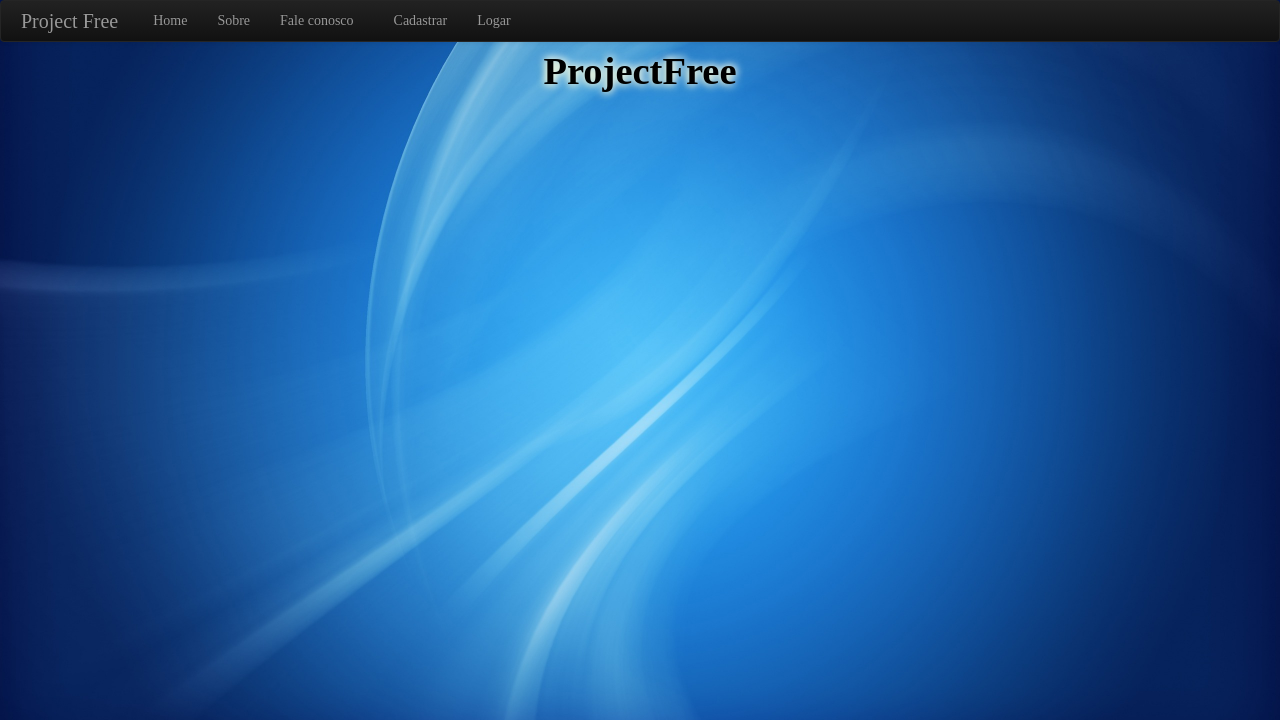
Repository: BrunoRB/ProjetoBanco
Page: http://localhost/templates/header.php
An editor plug-in stored every save of this project. The page is shown before and after the next save, followed by the edit.
The browser window is 1280 px wide. The pictures show the whole page.
The page is run by PHP 8.4 with error messages shown; the project is at /var/www/html/.

Above is the page before, as saved 2013-06-14 04:04:21.

### codigo/ProjectFree/templates/header.php
<!DOCTYPE HTML>

<html lang="pt-BR">
<head>
<meta charset='utf-8' />
<title>Project Free</title>

<meta name="viewport" content="width=device-width, initial-scale=1.0">
<link rel="stylesheet" type="text/css"
	href="../resources/css/bootstrap.css" />
<link rel="stylesheet" type="text/css"
	href="../resources/css/bootstrap-responsive.css" />
<link rel="stylesheet" type="text/css" href="../resources/css/main.css" />

<script type="text/javascript" src="../resources/js/jquery-2.0.2.js"></script>
<script type="text/javascript" src="../resources/js/bootstrap.js"></script>
</head>
<body>
	<header>
		<div class="pagination-centered">
			<h1 class="text-">ProjectFree</h1>
			<nav class="navbar-inverse">
				<div class="navbar navbar-fixed-top navbar-inner ">
					<a class="brand" href="index.php">Project Free</a>
					<ul class="nav">
						<li><a href="index.php">Home</a></li>
						<li><a href="sobre.php">Sobre</a></li>
						<li><a href="faleconosco.php">Fale conosco</a></li>
					</ul>
					<ul class="nav pagination-right">
						<li><a href="index.php">Cadastrar</a></li>
						<li><a href="sobre.php">Logar</a></li>
					</ul>
				</div>
			</nav>
		</div>
	</header>

### codigo/ProjectFree/resources/css/main.css

body {
    font-family: Times New Roman;
    background: url(../img/blue.jpg) no-repeat center center fixed;
    background-size: cover;
	margin: 4% !important;
}

h1 {
	color: #aaf;
    text-shadow: none;
    -webkit-transition: 500ms linear 0s;
    -moz-transition: 500ms linear 0s;
    -o-transition: 500ms linear 0s;
    transition: 500ms linear 0s;
    outline: 0 none;
    color: black;
    text-shadow: -1px 1px 8px #ffc, 1px -1px 8px #fff;

}

h1:hover, button:hover {
	color: white;
    text-shadow: -1px 1px 8px #ffc, 1px -1px 8px #fff;
}

.verticalCenter {
	margin-top: 10%;
}

footer.footer {
	margin-bottom: 1%;
}

#container {
	font-size: large;
}

Loaded but not shown: codigo/ProjectFree/resources/css/bootstrap.css (library); codigo/ProjectFree/resources/css/bootstrap-responsive.css (library); codigo/ProjectFree/resources/js/jquery-2.0.2.js (library); codigo/ProjectFree/resources/js/bootstrap.js (library)

After the next save:
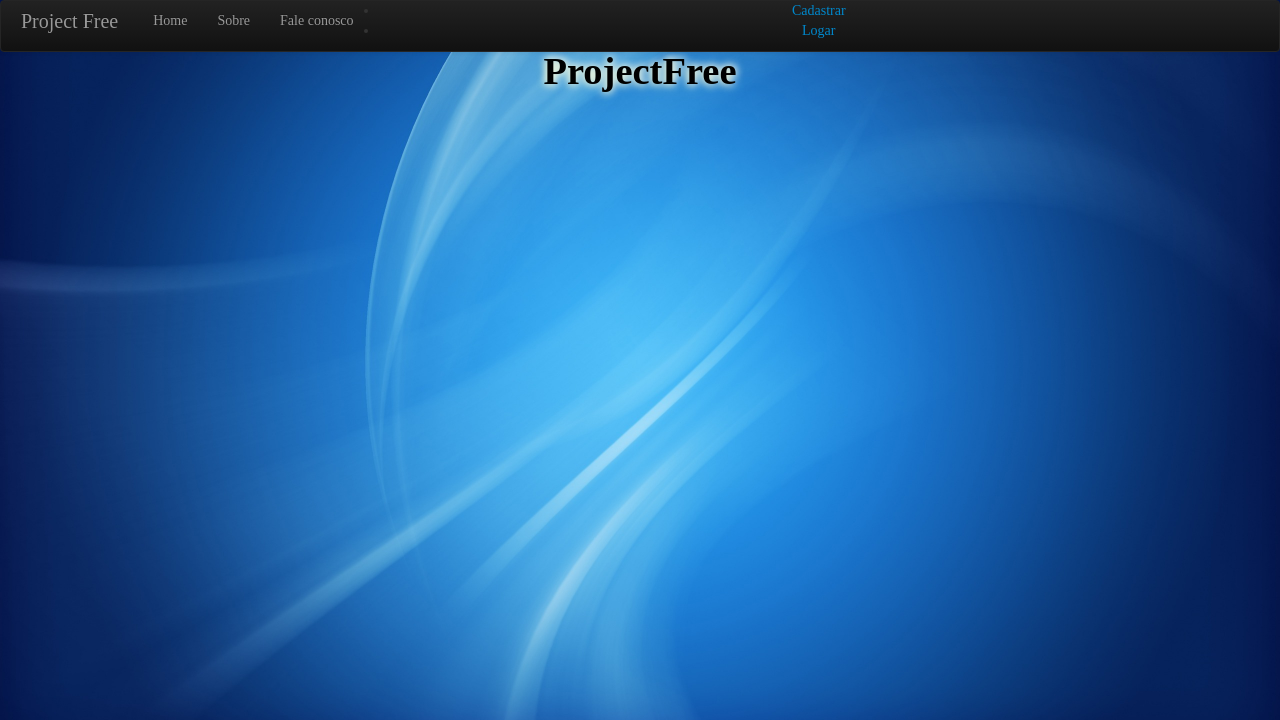
Saved 29 s later.
--- a/codigo/ProjectFree/templates/header.php
+++ b/codigo/ProjectFree/templates/header.php
@@ -27,7 +27,7 @@
 						<li><a href="sobre.php">Sobre</a></li>
 						<li><a href="faleconosco.php">Fale conosco</a></li>
 					</ul>
-					<ul class="nav pagination-right">
+					<ul class="">
 						<li><a href="index.php">Cadastrar</a></li>
 						<li><a href="sobre.php">Logar</a></li>
 					</ul>

After the save that followed:
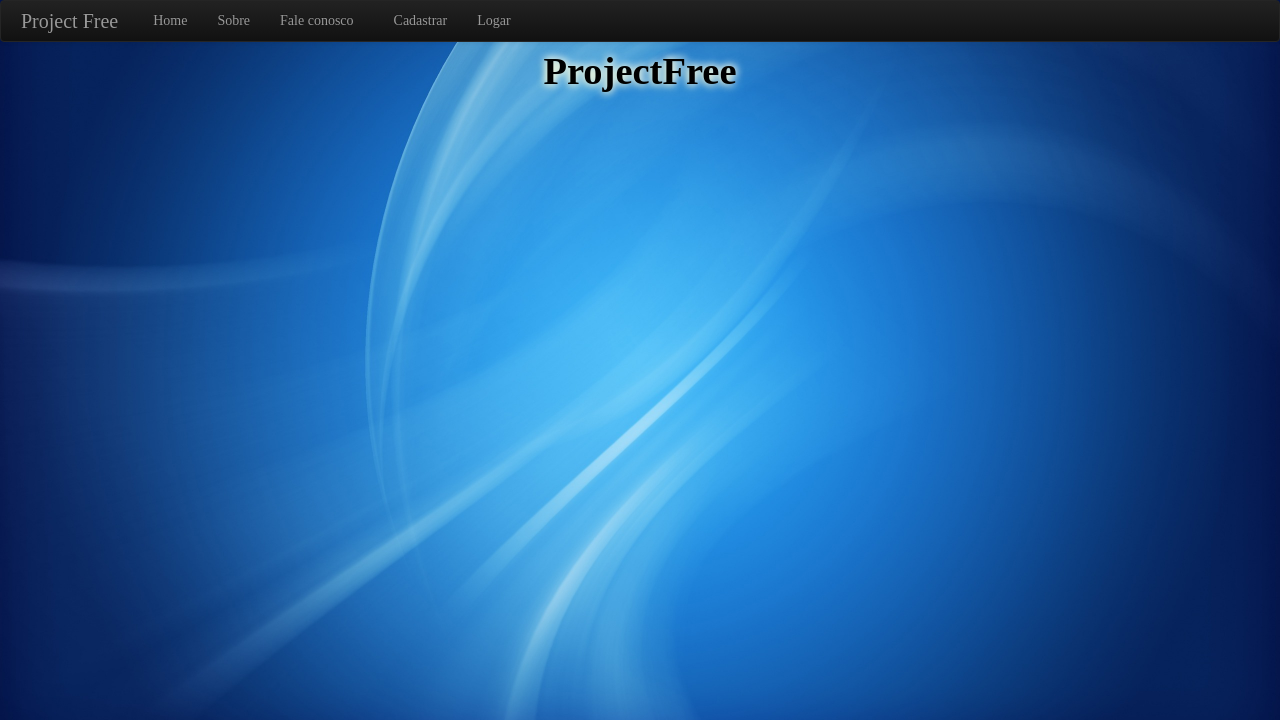
Saved 4 s later.
--- a/codigo/ProjectFree/templates/header.php
+++ b/codigo/ProjectFree/templates/header.php
@@ -27,7 +27,7 @@
 						<li><a href="sobre.php">Sobre</a></li>
 						<li><a href="faleconosco.php">Fale conosco</a></li>
 					</ul>
-					<ul class="">
+					<ul class="nav">
 						<li><a href="index.php">Cadastrar</a></li>
 						<li><a href="sobre.php">Logar</a></li>
 					</ul>
